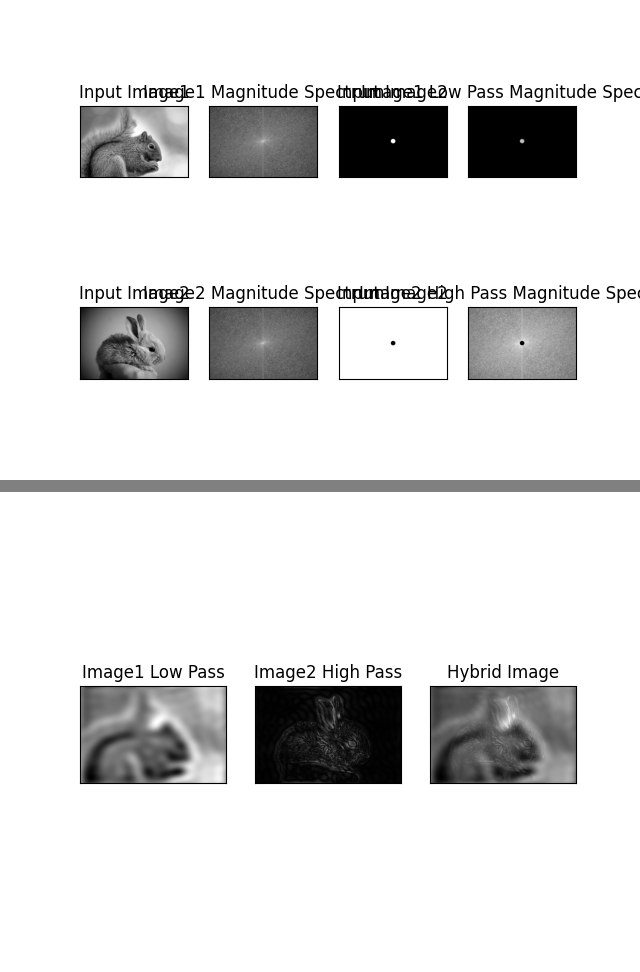
Repository: Yuer-yuan/CV
Script's output: python lab1-hybrid-image/gui/fft.py
The author's editor kept a copy of each file at every save. The script's output is drawn from the files as they stood at one save, then again after the next save.
Each picture stacks the figures in order, with grey between them; figures that are only written to a file come last. Random numbers start from a fixed seed. It also reads lab1-hybrid-image/gui/res/bunny1.png, lab1-hybrid-image/gui/res/squirrel1.png.

Above is the script's output before, as saved 2023-03-26 19:56:14.

After the next save:
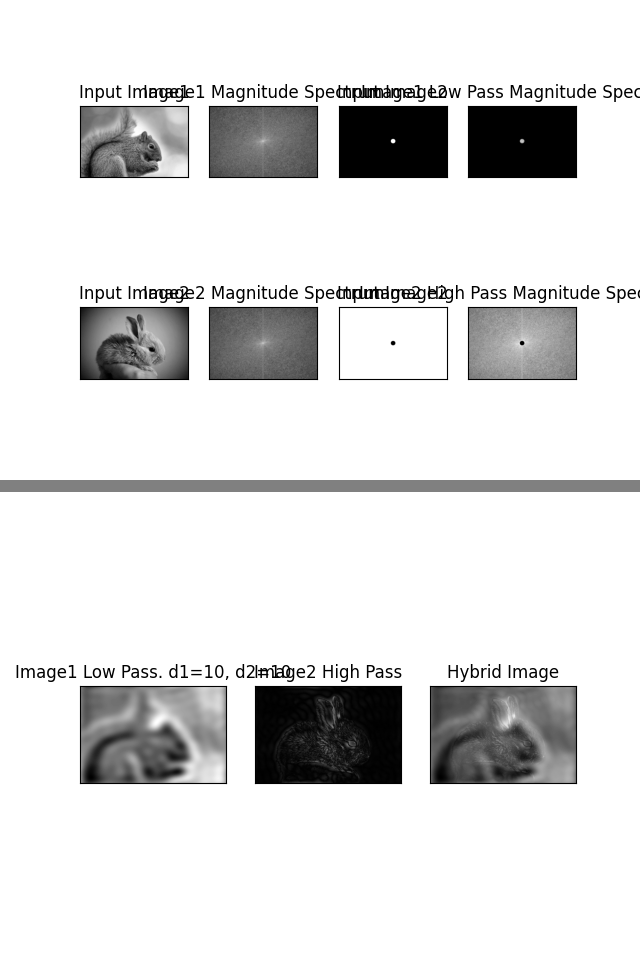
Saved 50 s later.
--- a/lab1-hybrid-image/gui/fft.py
+++ b/lab1-hybrid-image/gui/fft.py
@@ -80,7 +80,7 @@ def spectral_hybrid_image(image1, image2, d1, d2):
     plt.show()
 
     plt.subplot(131), plt.imshow(np.abs(f1_filtered_ifft), cmap='gray')
-    plt.title('Image1 Low Pass'), plt.xticks([]), plt.yticks([])
+    plt.title(f'Image1 Low Pass. d1={d1}, d2={d2}'), plt.xticks([]), plt.yticks([])
     plt.subplot(132), plt.imshow(np.abs(f2_filtered_ifft), cmap='gray')
     plt.title('Image2 High Pass'), plt.xticks([]), plt.yticks([])
     plt.subplot(133), plt.imshow(hybrid_image, cmap='gray')
